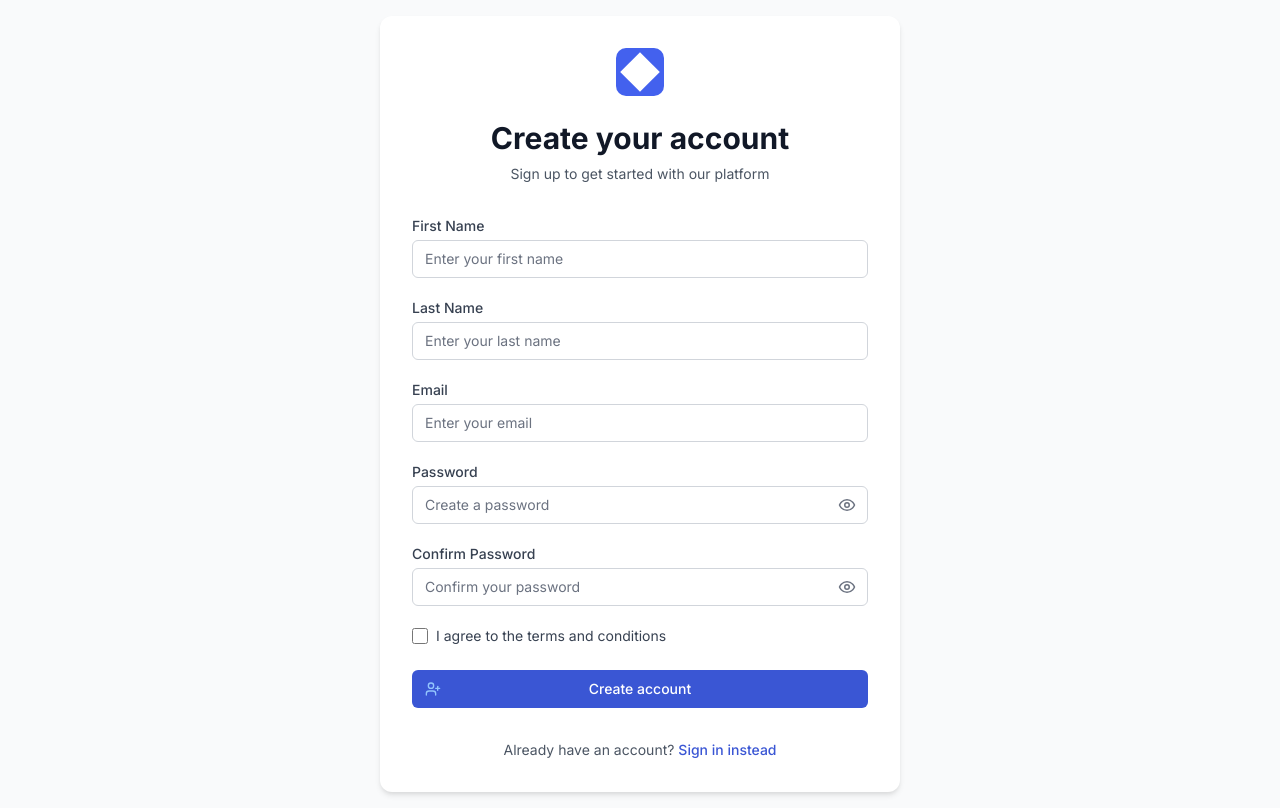
Repository: StoyanStoyanov1/DHS-Team
Page: /auth/register (app in dhs-admin-panel/)
These files come from the project's save history. The page is drawn as it stood at one moment and after the next save; the edit follows.
The browser window is 1280 px wide. The pictures show the whole page.
The page's requests for data from a server got no answer. The project was rebuilt for these pictures with package versions that can differ from the ones it lists, and the page was loaded fresh each time. The framework's server and built-in components were replaced by stand-ins that run in the browser. No one was signed in, and anything a server would have sent is missing. Also part of the build but not shown: dhs-admin-panel/next.config.js, dhs-admin-panel/src/components/SearchBar.tsx, dhs-admin-panel/src/components/Header.tsx, dhs-admin-panel/src/components/NavItem.tsx, dhs-admin-panel/src/components/Sidebar.tsx, dhs-admin-panel/src/components/Breadcrumb.tsx, dhs-admin-panel/src/components/PriveteRoute.tsx, dhs-admin-panel/src/components/Alert.tsx.

Above is the page before, as saved 2025-04-24 09:29:50.

### dhs-admin-panel/src/app/layout.tsx
import type { Metadata } from 'next';
import { Inter } from 'next/font/google';
import './globals.css';
import DashboardLayout from '../components/Layout';
import { AuthProvider } from '@/src/hooks/useAuth';

const inter = Inter({ subsets: ['latin'] });

export const metadata: Metadata = {
    title: 'Admin Dashboard',
    description: 'NextJS Admin Dashboard',
};

export default function RootLayout({
    children,
}: {
    children: React.ReactNode
}) {
    return (
        <html lang="en">
            <body className={inter.className}>
                <AuthProvider>
                    <DashboardLayout>
                        {children}
                    </DashboardLayout>
                </AuthProvider>
            </body>
        </html>
    );
}

### dhs-admin-panel/src/app/auth/register/page.tsx
'use client';

import React, { useState, useEffect } from 'react';
import { useRouter } from 'next/navigation';
import { Eye, EyeOff, UserPlus } from 'lucide-react';
import Link from 'next/link';
import { useAuth } from '@/src/hooks/useAuth';
import { validateRegistrationForm } from '@/src/utils/validation';
import Alert from '@/src/components/Alert';

export default function RegisterPage() {
    const router = useRouter();
    const { register, error, loading, validationErrors, clearErrors, user } = useAuth();

    const [formData, setFormData] = useState({
        firstName: '',
        lastName: '',
        email: '',
        password: '',
        confirmPassword: '',
        terms: false
    });
    const [showPassword, setShowPassword] = useState(false);
    const [showConfirmPassword, setShowConfirmPassword] = useState(false);
    const [formErrors, setFormErrors] = useState<{[key: string]: string}>({});
    const [currentInput, setCurrentInput] = useState<string | null>(null);

    // Handle keyboard navigation
    const handleKeyDown = (e: React.KeyboardEvent<HTMLInputElement>) => {
        if (e.key === 'ArrowDown' || e.key === 'Enter') {
            e.preventDefault();
            const inputs = ['firstName', 'lastName', 'email', 'password', 'confirmPassword', 'terms'];
            const currentIndex = inputs.indexOf(currentInput || '');
            const nextIndex = (currentIndex + 1) % inputs.length;
            const nextInput = document.getElementById(inputs[nextIndex]);
            if (nextInput) {
                nextInput.focus();
                setCurrentInput(inputs[nextIndex]);
            }
        } else if (e.key === 'ArrowUp') {
            e.preventDefault();
            const inputs = ['firstName', 'lastName', 'email', 'password', 'confirmPassword', 'terms'];
            const currentIndex = inputs.indexOf(currentInput || '');
            const prevIndex = (currentIndex - 1 + inputs.length) % inputs.length;
            const prevInput = document.getElementById(inputs[prevIndex]);
            if (prevInput) {
                prevInput.focus();
                setCurrentInput(inputs[prevIndex]);
            }
        }
    };

    // If user is already logged in, redirect to dashboard
    useEffect(() => {
        if (user) {
            router.push('/');
        }
    }, [user, router]);

    // Clear form errors when input changes
    const handleInputChange = (e: React.ChangeEvent<HTMLInputElement>) => {
        const { name, value, type, checked } = e.target;
        const inputValue = type === 'checkbox' ? checked : value;

        setFormData({
            ...formData,
            [name]: inputValue
        });

        // Clear specific error when user starts typing
        if (formErrors[name]) {
            setFormErrors({
                ...formErrors,
                [name]: ''
            });
        }
    };

    const handleSubmit = async (e: React.FormEvent) => {
        e.preventDefault();
        clearErrors();

        // Client-side validation
        const { firstName, lastName, email, password, confirmPassword } = formData;
        const validation = validateRegistrationForm(firstName, lastName, email, password, confirmPassword);

        if (!validation.valid) {
            setFormErrors(validation.errors);
            return;
        }

        // Proceed with registration
        await register({ firstName, lastName, email, password, password_confirm: confirmPassword });
    };

    return (
        <div className="auth-page-container min-h-screen flex items-center justify-center bg-gray-50 p-4">
            <div className="max-w-md w-full space-y-8 p-8 bg-white rounded-xl shadow-md">
                <div className="text-center">
                    <div className="flex justify-center">
                        <div className="h-12 w-12 rounded-lg bg-blue-500 flex items-center justify-center">
                            <div className="w-7 h-7 bg-white transform rotate-45"></div>
                        </div>
                    </div>
                    <h2 className="mt-6 text-3xl font-bold text-gray-900">
                        Create your account
                    </h2>
                    <p className="mt-2 text-sm text-gray-600">
                        Sign up to get started with our platform
                    </p>
                </div>

                {error && (
                    <Alert
                        type="error"
                        message={error}
                        onClose={clearErrors}
                    />
                )}

                <form className="mt-8 space-y-6" onSubmit={handleSubmit}>
                    <div className="space-y-5">
                        <div>
                            <label htmlFor="firstName" className="block text-sm font-medium text-gray-700 mb-1">
                                First Name
                            </label>
                            <input
                                id="firstName"
                                name="firstName"
                                type="text"
                                required
                                value={formData.firstName}
                                onChange={handleInputChange}
                                onKeyDown={handleKeyDown}
                                onFocus={() => setCurrentInput('firstName')}
                                className={`appearance-none relative block w-full px-3 py-2 border ${
                                    formErrors.firstName ? 'border-red-300 focus:ring-red-500' : 'border-gray-300 focus:ring-blue-500'
                                } placeholder-gray-500 text-gray-900 rounded-md focus:outline-none focus:ring-2 focus:border-transparent transition-all sm:text-sm`}
                                placeholder="Enter your first name"
                            />
                            {formErrors.firstName && (
                                <p className="mt-1 text-sm text-red-600">{formErrors.firstName}</p>
                            )}
                        </div>

                        <div>
                            <label htmlFor="lastName" className="block text-sm font-medium text-gray-700 mb-1">
                                Last Name
                            </label>
                            <input
                                id="lastName"
                                name="lastName"
                                type="text"
                                required
                                value={formData.lastName}
                                onChange={handleInputChange}
                                onKeyDown={handleKeyDown}
                                onFocus={() => setCurrentInput('lastName')}
                                className={`appearance-none relative block w-full px-3 py-2 border ${
                                    formErrors.lastName ? 'border-red-300 focus:ring-red-500' : 'border-gray-300 focus:ring-blue-500'
                                } placeholder-gray-500 text-gray-900 rounded-md focus:outline-none focus:ring-2 focus:border-transparent transition-all sm:text-sm`}
                                placeholder="Enter your last name"
                            />
                            {formErrors.lastName && (
                                <p className="mt-1 text-sm text-red-600">{formErrors.lastName}</p>
                            )}
                        </div>

                        <div>
                            <label htmlFor="email" className="block text-sm font-medium text-gray-700 mb-1">
                                Email
                            </label>
                            <input
                                id="email"
                                name="email"
                                type="email"
                                required
                                value={formData.email}
                                onChange={handleInputChange}
                                onKeyDown={handleKeyDown}
                                onFocus={() => setCurrentInput('email')}
                                className={`appearance-none relative block w-full px-3 py-2 border ${
                                    formErrors.email ? 'border-red-300 focus:ring-red-500' : 'border-gray-300 focus:ring-blue-500'
                                } placeholder-gray-500 text-gray-900 rounded-md focus:outline-none focus:ring-2 focus:border-transparent transition-all sm:text-sm`}
                                placeholder="Enter your email"
                            />
                            {formErrors.email && (
                                <p className="mt-1 text-sm text-red-600">{formErrors.email}</p>
                            )}
                        </div>

                        <div>
                            <label htmlFor="password" className="block text-sm font-medium text-gray-700 mb-1">
                                Password
                            </label>
                            <div className="relative">
                                <input
                                    id="password"
                                    name="password"
                                    type={showPassword ? "text" : "password"}
                                    required
                                    value={formData.password}
                                    onChange={handleInputChange}
                                    onKeyDown={handleKeyDown}
                                    onFocus={() => setCurrentInput('password')}
                                    className={`appearance-none relative block w-full px-3 py-2 border ${
                                        formErrors.password ? 'border-red-300 focus:ring-red-500' : 'border-gray-300 focus:ring-blue-500'
                                    } placeholder-gray-500 text-gray-900 rounded-md focus:outline-none focus:ring-2 focus:border-transparent transition-all sm:text-sm`}
                                    placeholder="Create a password"
                                />
                                <button
                                    type="button"
                                    className="absolute inset-y-0 right-0 pr-3 flex items-center text-gray-500 cursor-pointer"
                                    onClick={() => setShowPassword(!showPassword)}
                                >
                                    {showPassword ? <EyeOff size={18} /> : <Eye size={18} />}
                                </button>
                            </div>
                            {formErrors.password && (
                                <p className="mt-1 text-sm text-red-600">{formErrors.password}</p>
                            )}
                        </div>

                        <div>
                            <label htmlFor="confirmPassword" className="block text-sm font-medium text-gray-700 mb-1">
                                Confirm Password
                            </label>
                            <div className="relative">
                                <input
                                    id="confirmPassword"
                                    name="confirmPassword"
                                    type={showConfirmPassword ? "text" : "password"}
                                    required
                                    value={formData.confirmPassword}
                                    onChange={handleInputChange}
                                    onKeyDown={handleKeyDown}
                                    onFocus={() => setCurrentInput('confirmPassword')}
                                    className={`appearance-none relative block w-full px-3 py-2 border ${
                                        formErrors.confirmPassword ? 'border-red-300 focus:ring-red-500' : 'border-gray-300 focus:ring-blue-500'
                                    } placeholder-gray-500 text-gray-900 rounded-md focus:outline-none focus:ring-2 focus:border-transparent transition-all sm:text-sm`}
                                    placeholder="Confirm your password"
                                />
                                <button
                                    type="button"
                                    className="absolute inset-y-0 right-0 pr-3 flex items-center text-gray-500 cursor-pointer"
                                    onClick={() => setShowConfirmPassword(!showConfirmPassword)}
                                >
                                    {showConfirmPassword ? <EyeOff size={18} /> : <Eye size={18} />}
                                </button>
                            </div>
                            {formErrors.confirmPassword && (
                                <p className="mt-1 text-sm text-red-600">{formErrors.confirmPassword}</p>
                            )}
                        </div>

                        <div className="flex items-center">
                            <input
                                id="terms"
                                name="terms"
                                type="checkbox"
                                required
                                checked={formData.terms}
                                onChange={handleInputChange}
                                onKeyDown={handleKeyDown}
                                onFocus={() => setCurrentInput('terms')}
                                className="h-4 w-4 text-blue-600 focus:ring-blue-500 border-gray-300 rounded"
                            />
                            <label htmlFor="terms" className="ml-2 block text-sm text-gray-700">
                                I agree to the terms and conditions
                            </label>
                        </div>
                    </div>

                    <button
                        type="submit"
                        disabled={loading}
                        className={`group relative w-full flex justify-center py-2 px-4 border border-transparent text-sm font-medium rounded-md text-white bg-blue-600 hover:bg-blue-700 focus:outline-none focus:ring-2 focus:ring-offset-2 focus:ring-blue-500 transition-colors ${
                            loading ? 'opacity-70 cursor-not-allowed' : ''
                        }`}
                    >
                        <span className="absolute left-0 inset-y-0 flex items-center pl-3">
                            <UserPlus size={16} className="text-blue-300" />
                        </span>
                        {loading ? 'Creating account...' : 'Create account'}
                    </button>
                </form>

                <div className="mt-6 text-center">
                    <p className="text-sm text-gray-600">
                        Already have an account? {' '}
                        <Link href="/auth/login" className="font-medium text-blue-600 hover:text-blue-500 transition-colors">
                            Sign in instead
                        </Link>
                    </p>
                </div>
            </div>
        </div>
    );
}

### dhs-admin-panel/src/components/Layout.tsx
'use client';

import { useState, ReactNode } from 'react';
import { usePathname } from 'next/navigation';
import Header from './Header';
import Sidebar from './Sidebar';
import Breadcrumb from './Breadcrumb';
import PrivateRoute from './PriveteRoute';

interface DashboardLayoutProps {
    children: ReactNode;
}

const Layout: React.FC<DashboardLayoutProps> = ({ children }) => {
    const [activeSection, setActiveSection] = useState<string>('dashboards');
    const [isSidebarCollapsed, setIsSidebarCollapsed] = useState(true); // Default to collapsed
    const pathname = usePathname();

    const isAuthPage = pathname?.startsWith('/auth');

    if (isAuthPage) {
        return <>{children}</>;
    }

    return (
        <PrivateRoute>
            <div className="flex h-screen bg-gray-50 overflow-hidden">
                <Sidebar
                    activeSection={activeSection}
                    setActiveSection={setActiveSection}
                    isCollapsed={isSidebarCollapsed}
                    toggleCollapse={() => setIsSidebarCollapsed(!isSidebarCollapsed)}
                />

                <div className="flex-1 flex flex-col h-screen overflow-hidden">
                    <Header />

                    <main className="flex-1 overflow-auto p-6">
                        <div className="mx-auto max-w-7xl w-full">
                            <Breadcrumb />
                            {children}
                        </div>
                    </main>
                </div>
            </div>
        </PrivateRoute>
    );
};

export default Layout;

Loaded but not shown: dhs-admin-panel/tailwind.config.js (93 lines, source omitted); dhs-admin-panel/src/services/auth.service.ts (242 lines, source omitted); dhs-admin-panel/src/hooks/useAuth.tsx (164 lines, source omitted); dhs-admin-panel/src/utils/validation.ts (109 lines, source omitted); dhs-admin-panel/src/app/globals.css (131 lines, source omitted); dhs-admin-panel/src/services/api.ts (70 lines, source omitted)

After the next save:
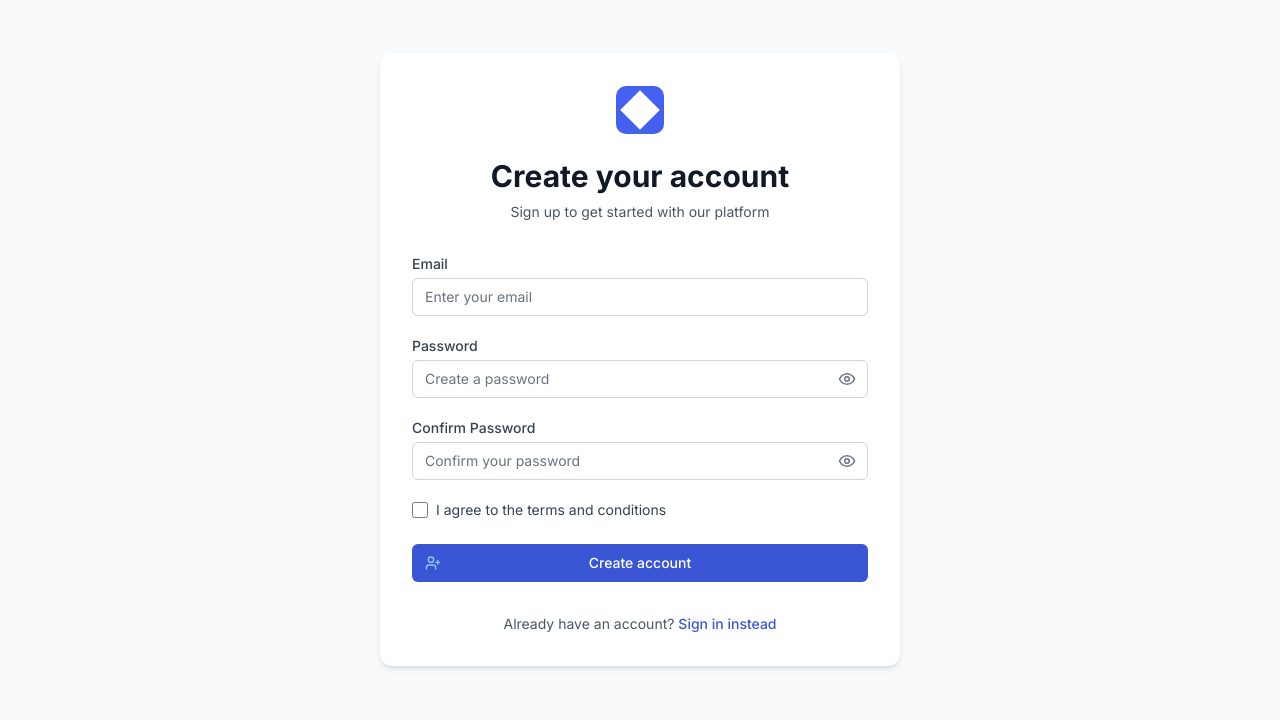
Saved 2 min 33 s later.
--- a/dhs-admin-panel/src/app/auth/register/page.tsx
+++ b/dhs-admin-panel/src/app/auth/register/page.tsx
@@ -13,8 +13,6 @@ export default function RegisterPage() {
     const { register, error, loading, validationErrors, clearErrors, user } = useAuth();
 
     const [formData, setFormData] = useState({
-        firstName: '',
-        lastName: '',
         email: '',
         password: '',
         confirmPassword: '',
@@ -29,7 +27,7 @@ export default function RegisterPage() {
     const handleKeyDown = (e: React.KeyboardEvent<HTMLInputElement>) => {
         if (e.key === 'ArrowDown' || e.key === 'Enter') {
             e.preventDefault();
-            const inputs = ['firstName', 'lastName', 'email', 'password', 'confirmPassword', 'terms'];
+            const inputs = ['email', 'password', 'confirmPassword', 'terms'];
             const currentIndex = inputs.indexOf(currentInput || '');
             const nextIndex = (currentIndex + 1) % inputs.length;
             const nextInput = document.getElementById(inputs[nextIndex]);
@@ -39,7 +37,7 @@ export default function RegisterPage() {
             }
         } else if (e.key === 'ArrowUp') {
             e.preventDefault();
-            const inputs = ['firstName', 'lastName', 'email', 'password', 'confirmPassword', 'terms'];
+            const inputs = ['email', 'password', 'confirmPassword', 'terms'];
             const currentIndex = inputs.indexOf(currentInput || '');
             const prevIndex = (currentIndex - 1 + inputs.length) % inputs.length;
             const prevInput = document.getElementById(inputs[prevIndex]);
@@ -81,8 +79,8 @@ export default function RegisterPage() {
         clearErrors();
 
         // Client-side validation
-        const { firstName, lastName, email, password, confirmPassword } = formData;
-        const validation = validateRegistrationForm(firstName, lastName, email, password, confirmPassword);
+        const { email, password, confirmPassword } = formData;
+        const validation = validateRegistrationForm(email, password, confirmPassword);
 
         if (!validation.valid) {
             setFormErrors(validation.errors);
@@ -90,7 +88,7 @@ export default function RegisterPage() {
         }
 
         // Proceed with registration
-        await register({ firstName, lastName, email, password, password_confirm: confirmPassword });
+        await register({ email, password, password_confirm: confirmPassword });
     };
 
     return (
@@ -120,52 +118,6 @@ export default function RegisterPage() {
 
                 <form className="mt-8 space-y-6" onSubmit={handleSubmit}>
                     <div className="space-y-5">
-                        <div>
-                            <label htmlFor="firstName" className="block text-sm font-medium text-gray-700 mb-1">
-                                First Name
-                            </label>
-                            <input
-                                id="firstName"
-                                name="firstName"
-                                type="text"
-                                required
-                                value={formData.firstName}
-                                onChange={handleInputChange}
-                                onKeyDown={handleKeyDown}
-                                onFocus={() => setCurrentInput('firstName')}
-                                className={`appearance-none relative block w-full px-3 py-2 border ${
-                                    formErrors.firstName ? 'border-red-300 focus:ring-red-500' : 'border-gray-300 focus:ring-blue-500'
-                                } placeholder-gray-500 text-gray-900 rounded-md focus:outline-none focus:ring-2 focus:border-transparent transition-all sm:text-sm`}
-                                placeholder="Enter your first name"
-                            />
-                            {formErrors.firstName && (
-                                <p className="mt-1 text-sm text-red-600">{formErrors.firstName}</p>
-                            )}
-                        </div>
-
-                        <div>
-                            <label htmlFor="lastName" className="block text-sm font-medium text-gray-700 mb-1">
-                                Last Name
-                            </label>
-                            <input
-                                id="lastName"
-                                name="lastName"
-                                type="text"
-                                required
-                                value={formData.lastName}
-                                onChange={handleInputChange}
-                                onKeyDown={handleKeyDown}
-                                onFocus={() => setCurrentInput('lastName')}
-                                className={`appearance-none relative block w-full px-3 py-2 border ${
-                                    formErrors.lastName ? 'border-red-300 focus:ring-red-500' : 'border-gray-300 focus:ring-blue-500'
-                                } placeholder-gray-500 text-gray-900 rounded-md focus:outline-none focus:ring-2 focus:border-transparent transition-all sm:text-sm`}
-                                placeholder="Enter your last name"
-                            />
-                            {formErrors.lastName && (
-                                <p className="mt-1 text-sm text-red-600">{formErrors.lastName}</p>
-                            )}
-                        </div>
-
                         <div>
                             <label htmlFor="email" className="block text-sm font-medium text-gray-700 mb-1">
                                 Email
